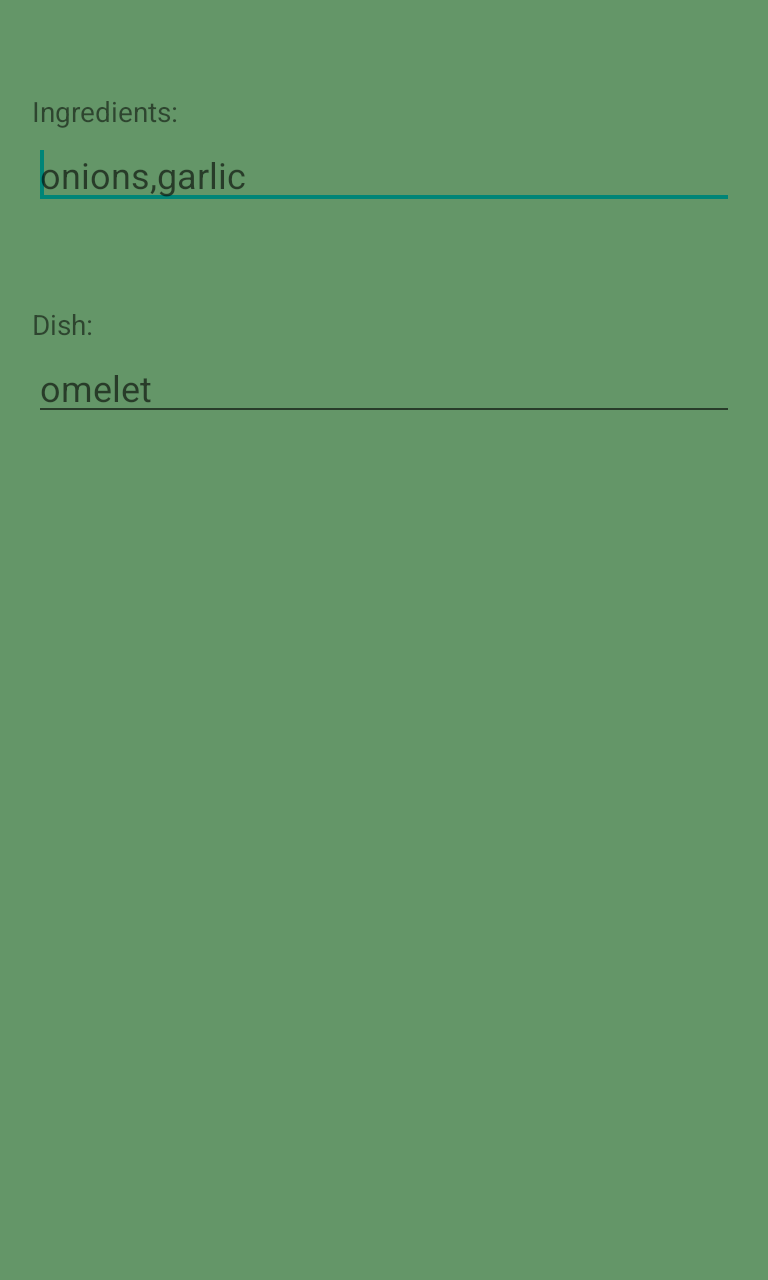
Repository: jerin-m-jose/Recipe-Puppy-Android
Layout: RecipePuppy/MagicRecipe/res/layout/fragment_search.xml
These files come from the project's save history. The layout is drawn as it stood at one moment and after the next save; the edit follows.
It is drawn on a 768 x 1280 px phone screen (xhdpi) without system bars, with theme AppTheme; the app's code is not run.

Above is the layout before, as saved 2014-10-03 14:23:57.

After the next save:
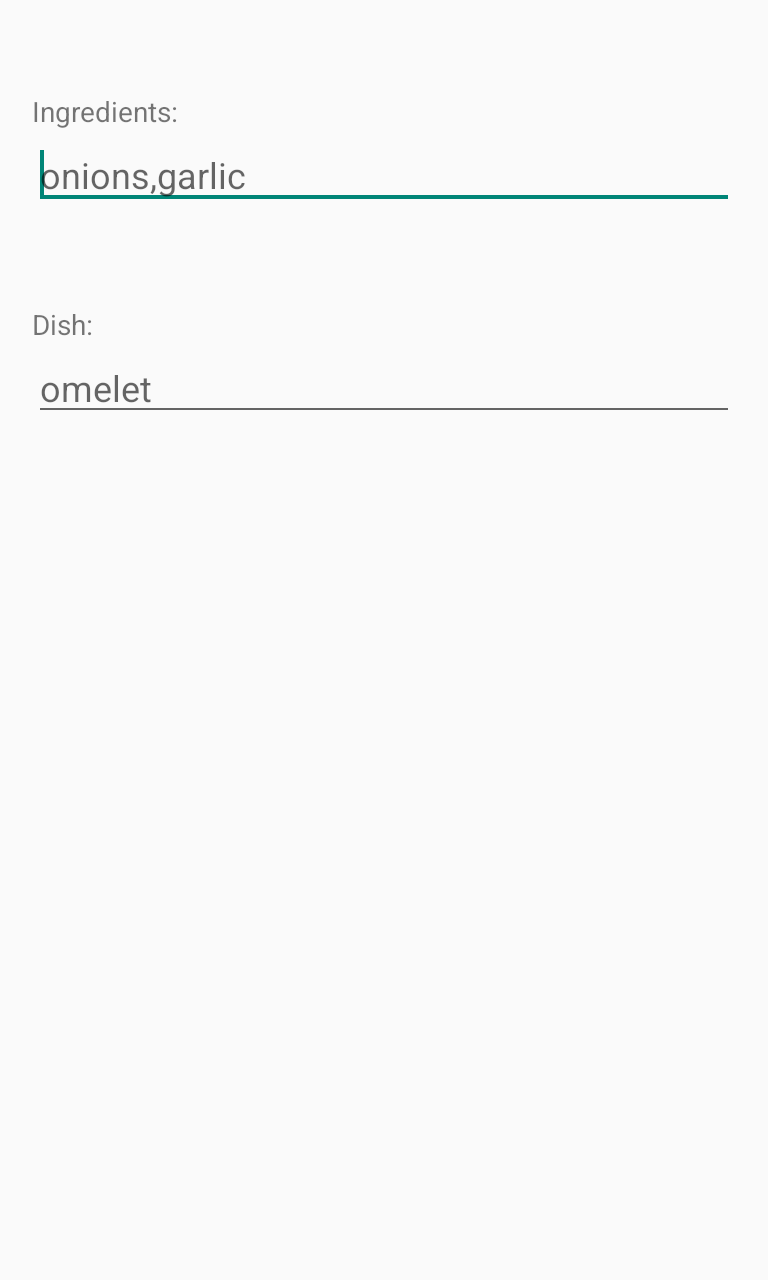
Saved 7 s later.
--- a/RecipePuppy/MagicRecipe/res/layout/fragment_search.xml
+++ b/RecipePuppy/MagicRecipe/res/layout/fragment_search.xml
@@ -7,8 +7,7 @@
     android:paddingLeft="@dimen/activity_horizontal_margin"
     android:paddingRight="@dimen/activity_horizontal_margin"
     android:paddingTop="@dimen/activity_vertical_margin"
-    tools:context="com.jerin.magicrecipe.MainActivity$PlaceholderFragment"
-    android:background="@color/recipe_green">
+    tools:context="com.jerin.magicrecipe.MainActivity$PlaceholderFragment">
 
     <TextView
         android:id="@+id/ingredientsTextView"

After the save that followed:
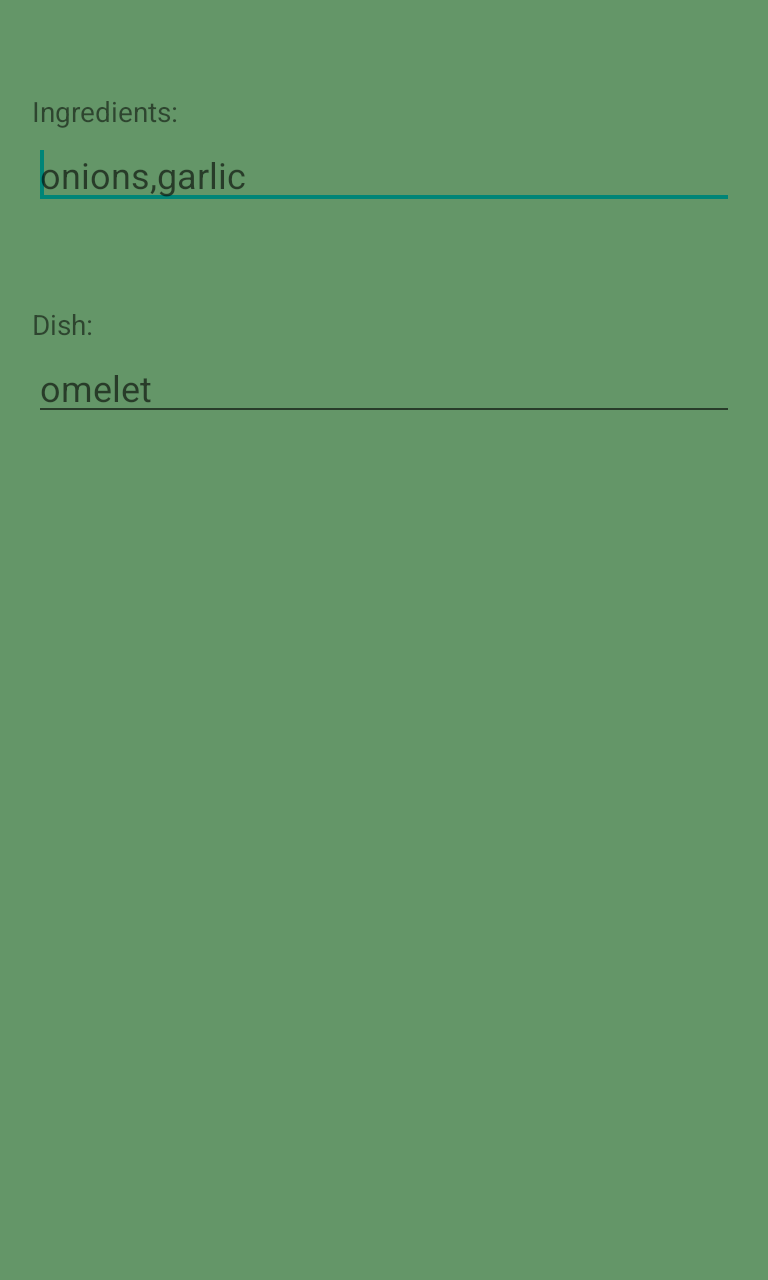
Saved 5 s later.
--- a/RecipePuppy/MagicRecipe/res/layout/fragment_search.xml
+++ b/RecipePuppy/MagicRecipe/res/layout/fragment_search.xml
@@ -2,12 +2,13 @@
     xmlns:tools="http://schemas.android.com/tools"
     android:layout_width="match_parent"
     android:layout_height="match_parent"
+    android:background="@color/recipe_green"
     android:orientation="vertical"
     android:paddingBottom="@dimen/activity_vertical_margin"
     android:paddingLeft="@dimen/activity_horizontal_margin"
     android:paddingRight="@dimen/activity_horizontal_margin"
     android:paddingTop="@dimen/activity_vertical_margin"
-    tools:context="com.jerin.magicrecipe.MainActivity$PlaceholderFragment">
+    tools:context="com.jerin.magicrecipe.MainActivity$PlaceholderFragment" >
 
     <TextView
         android:id="@+id/ingredientsTextView"
@@ -20,8 +21,8 @@
         android:id="@+id/ingredientsEditText"
         android:layout_width="match_parent"
         android:layout_height="wrap_content"
-        android:hint="@string/ingredients_search_hint"
-        android:ems="10" >
+        android:ems="10"
+        android:hint="@string/ingredients_search_hint" >
 
         <requestFocus />
     </EditText>
@@ -37,9 +38,8 @@
         android:id="@+id/dishEditText"
         android:layout_width="match_parent"
         android:layout_height="wrap_content"
-        android:hint="@string/dish_search_hint"
-        android:ems="10" >
-
+        android:ems="10"
+        android:hint="@string/dish_search_hint" >
     </EditText>
 
 </LinearLayout>
